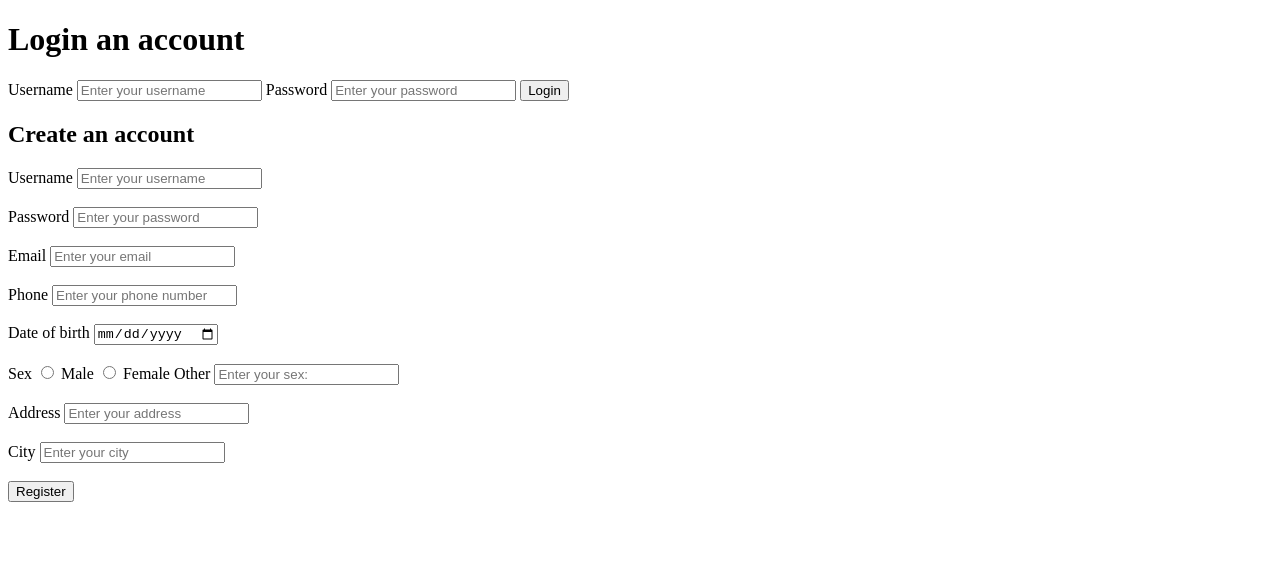
Repository: bao2222/hoc-lam-web
Page: welcome.html
The author's editor kept a copy of each file at every save. The page is drawn from the files as they stood at one save, then again after the next save.
The browser window is 1280 px wide. The pictures show the whole page.

Above is the page before, as saved 2024-12-30 09:03:01.

### welcome.html
<!DOCTYPE html>
<html lang="en">

    <head>
        <meta charset="UTF-8">
        <title>Welcome</title>
        <meta content = "this is my website" name = "description">
        <meta author = "me">




    </head>

    <body>
        <h1>Login an account</h1>
        <div>
            <div class="login">
                <form action="project.js" method="POST" >

                    <label for="username">Username</label>
                    <input type="text" id="username" placeholder="Enter your username" name="username" required>

                    <label for="password">Password</label>
                    <input type="password" id="password" placeholder="Enter your password" name="password" required>

                    <button type="submit">Login</button>

                </form>
            </div>

            <h2>Create an account</h2>
            <div>
                <div class="register">
                    <form action="project.js" method="POST" >

                        <label for="register_username">Username</label>
                        <input type="text" id="register_username" placeholder="Enter your username" name="register_username" required><br><br>

                        <label for="register_password">Password</label>
                        <input type="password" id="register_password" placeholder="Enter your password" name="password" required><br><br>

                        <label for="register_email">Email</label>
                        <input type="email" id="register_email" placeholder="Enter your email" name="email" required><br><br>

                        <label for="register_phone">Phone</label>
                        <input type="tel" id="register_phone" placeholder="Enter your phone number" name="phone" required><br><br>

                        <label for="register_dob">Date of birth</label>
                        <input type="date" id="register_dob" placeholder="Enter your date of birth" name="dob" required><br><br>

                        <label for="register_sex">Sex</label>
                        <input type="radio" id="register_male" name="sex" value="male" required>
                        <label for="register_male">Male</label>
                        <input type="radio" id="register_female" name="sex" value="female" required>
                        <label for="register_female">Female</label>
                        <label for="register_other">Other</label>
                        <input type="text" id="register_other" placeholder="Enter your sex: " name="other" required><br><br>

                        <label for="register_address">Address</label>
                        <input type="text" id="register_address" placeholder="Enter your address" name="address" required><br><br>

                        <label for="register_city">City</label>
                        <input type="text" id="register_city" placeholder="Enter your city" name="city" required><br><br>


                        <button type="submit">Register</button>

                    </form>



                </div>


            </div>



        </div>





    </body>





</html>

After the next save:
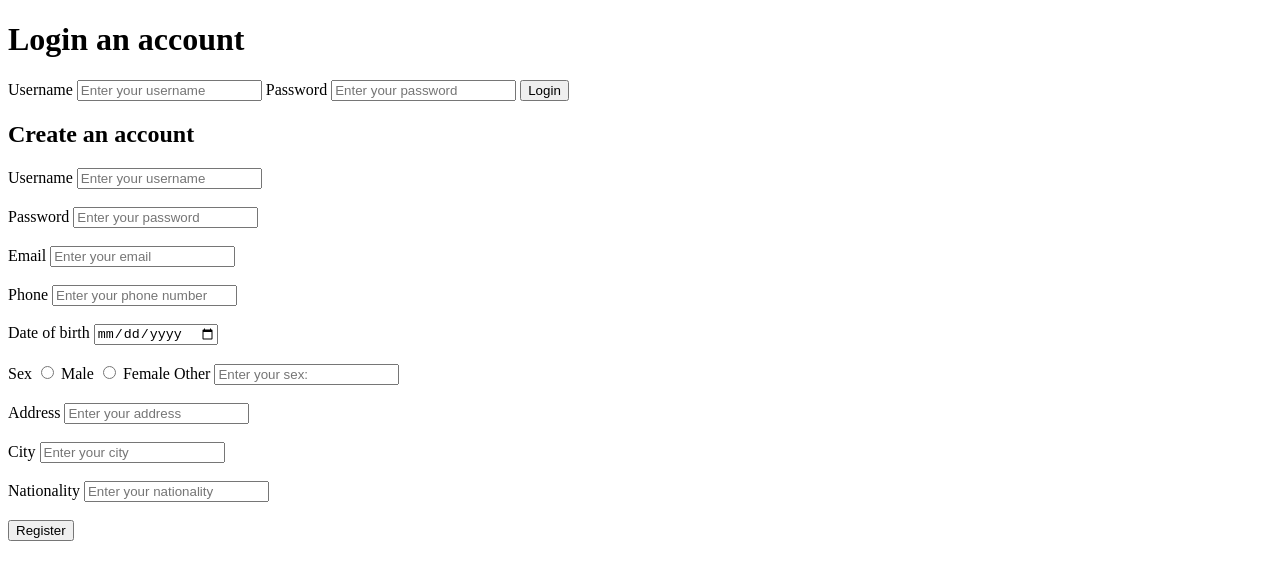
Saved 66 s later.
--- a/welcome.html
+++ b/welcome.html
@@ -63,6 +63,10 @@
                         <label for="register_city">City</label>
                         <input type="text" id="register_city" placeholder="Enter your city" name="city" required><br><br>
 
+                        <label for="register_nationality">Nationality</label>
+                        <input type="text" id="register_nationality" placeholder="Enter your nationality" name="nationality" required><br><br>
+
+
 
                         <button type="submit">Register</button>
 
